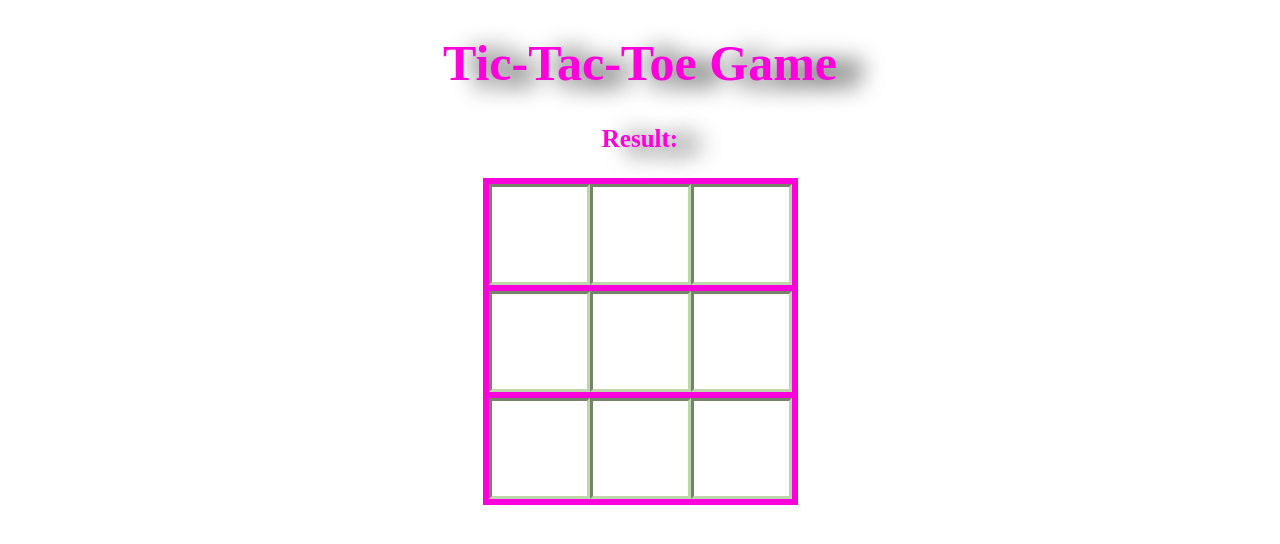
Repository: 0101chaitanya/Tic-Tac-Toe
Page: index.html
These files come from the project's save history. The page is drawn as it stood at one moment and after the next save; the edit follows.
The browser window is 1280 px wide. The pictures show the whole page.

Above is the page before, as saved 2021-06-09 18:11:55.

After the next save:
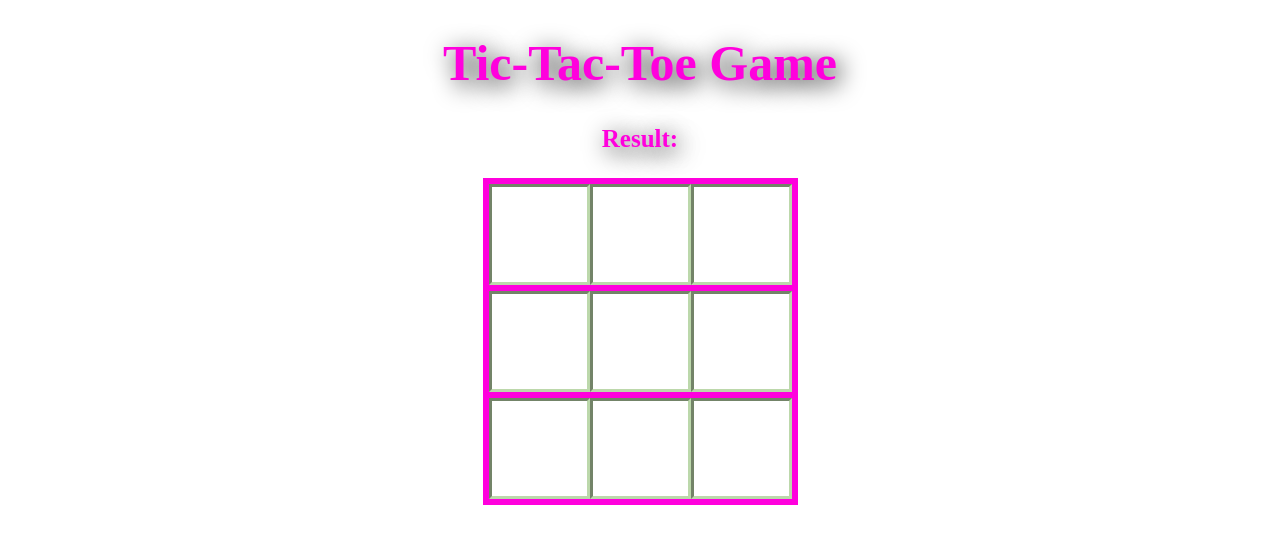
Saved 14 s later.
--- a/styles.css
+++ b/styles.css
@@ -1,7 +1,7 @@
 :root{
     text-align: center;
 font-weight: bold;
-text-shadow: 1rem 0.2rem 1rem black;
+text-shadow: 0.2rem 0.2rem 1rem black;
 }
 @media  screen and (max-width: 400px){
     :root{
